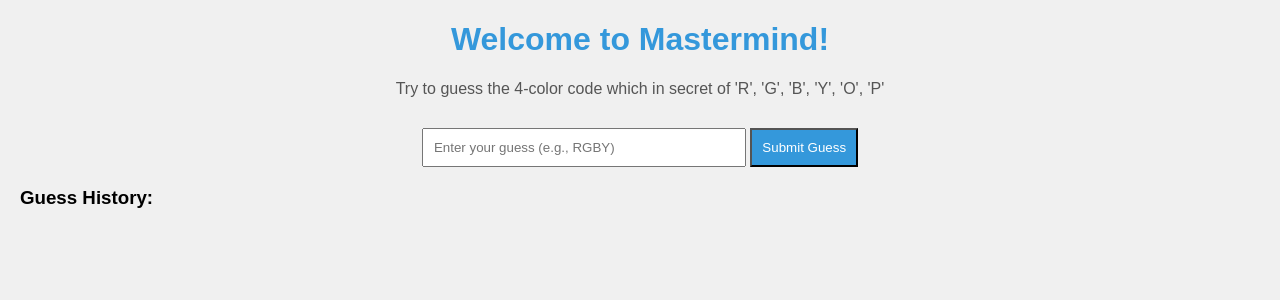
Repository: cheasopheaknita/Mastermind_Game
Page: http://localhost/
The author's editor kept a copy of each file at every save. The page is drawn from the files as they stood at one save, then again after the next save.
The browser window is 1280 px wide. The pictures show the whole page.
The page is served by the project's application, run on Flask 3 (mastermind_project/app.py).

Above is the page before, as saved 2024-02-06 01:40:23.

After the next save:
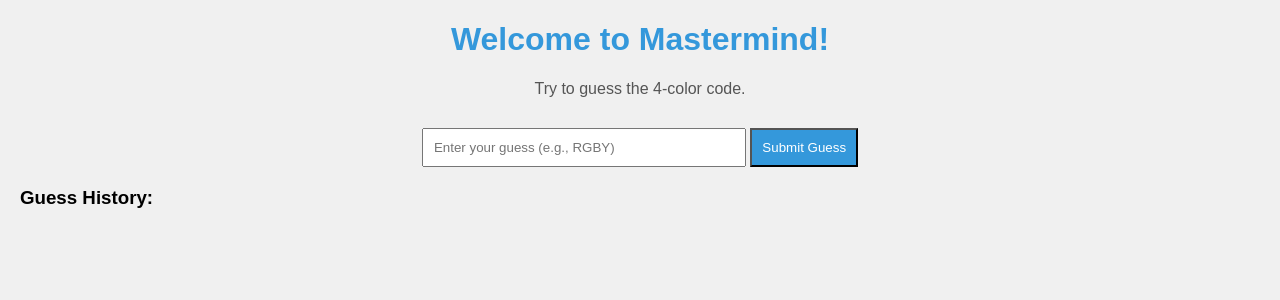
Saved 3 min 26 s later.
--- a/mastermind_project/templates/mastermind_game.html
+++ b/mastermind_project/templates/mastermind_game.html
@@ -48,12 +48,12 @@
 </head>
 <body>
     <h1>Welcome to Mastermind!</h1>
-    <p>Try to guess the 4-color code which in secret of 'R', 'G', 'B', 'Y', 'O', 'P'</p>
+    <p>Try to guess the 4-color code.</p>
 
     <div id="result"></div>
 
     <input type="text" id="userGuess" placeholder="Enter your guess (e.g., RGBY)" size="30">
-    <button onclick="submitGuess()">Submit Guess</button>
+    <button onclick="submitGuess()" id="guessButton">Submit Guess</button>
 
     <div id="history">
         <h3>Guess History:</h3>
@@ -61,25 +61,36 @@
     </div>
 
     <script>
+        var remainingGuesses = 7;
+
         function submitGuess() {
-            var userGuess = document.getElementById("userGuess").value;
+            if (remainingGuesses > 0) {
+                var userGuess = document.getElementById("userGuess").value;
 
-            fetch('/submit_guess', {
-                method: 'POST',
-                headers: {
-                    'Content-Type': 'application/json',
-                },
-                body: JSON.stringify({ guess: userGuess }),
-            })
-            .then(response => response.json())
-            .then(data => {
-                // Handle the response from Flask
-                document.getElementById("result").innerText = data.result || data.error;
-                updateGuessHistory(userGuess, data.result || data.error);
-            })
-            .catch(error => {
-                console.error('Error:', error);
-            });
+                fetch('/submit_guess', {
+                    method: 'POST',
+                    headers: {
+                        'Content-Type': 'application/json',
+                    },
+                    body: JSON.stringify({ guess: userGuess }),
+                })
+                .then(response => response.json())
+                .then(data => {
+                    // Handle the response from Flask
+                    document.getElementById("result").innerText = data.result || data.error;
+                    updateGuessHistory(userGuess, data.result || data.error);
+
+                    remainingGuesses--;
+                    updateRemainingGuesses();
+
+                    if (remainingGuesses === 0) {
+                        disableGuessInput();
+                    }
+                })
+                .catch(error => {
+                    console.error('Error:', error);
+                });
+            }
         }
 
         function updateGuessHistory(guess, result) {
@@ -88,6 +99,15 @@
             listItem.appendChild(document.createTextNode(`Guess: ${guess} - Result: ${result}`));
             historyList.appendChild(listItem);
         }
+
+        function updateRemainingGuesses() {
+            document.getElementById("remainingGuesses").innerText = `Remaining Guesses: ${remainingGuesses}`;
+        }
+
+        function disableGuessInput() {
+            document.getElementById("userGuess").disabled = true;
+            document.getElementById("guessButton").disabled = true;
+        }
     </script>
 </body>
 </html>
